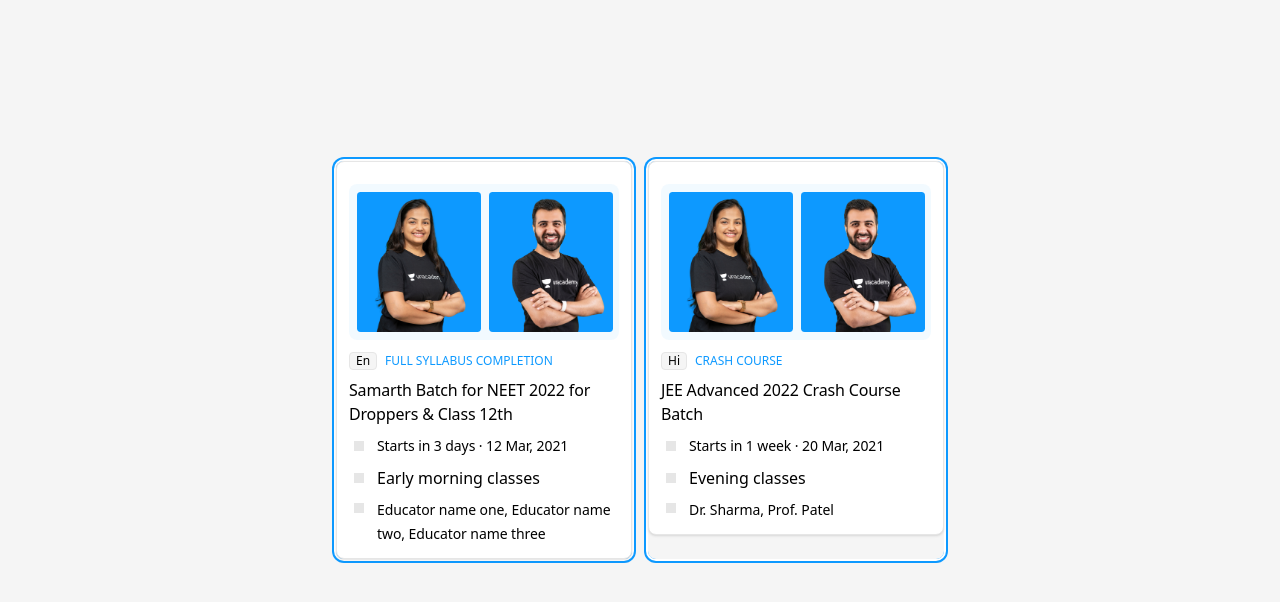
Repository: vignesh33654/resizablesidebar
Page: /
The author's editor kept a copy of each file at every save. The page is drawn from the files as they stood at one save, then again after the next save.
The browser window is 1280 px wide. The pictures show the whole page.
The project was rebuilt for these pictures with package versions that can differ from the ones it lists, and the page was loaded fresh each time.

Above is the page before, as saved 2025-11-11 13:08:44.

After the next save:
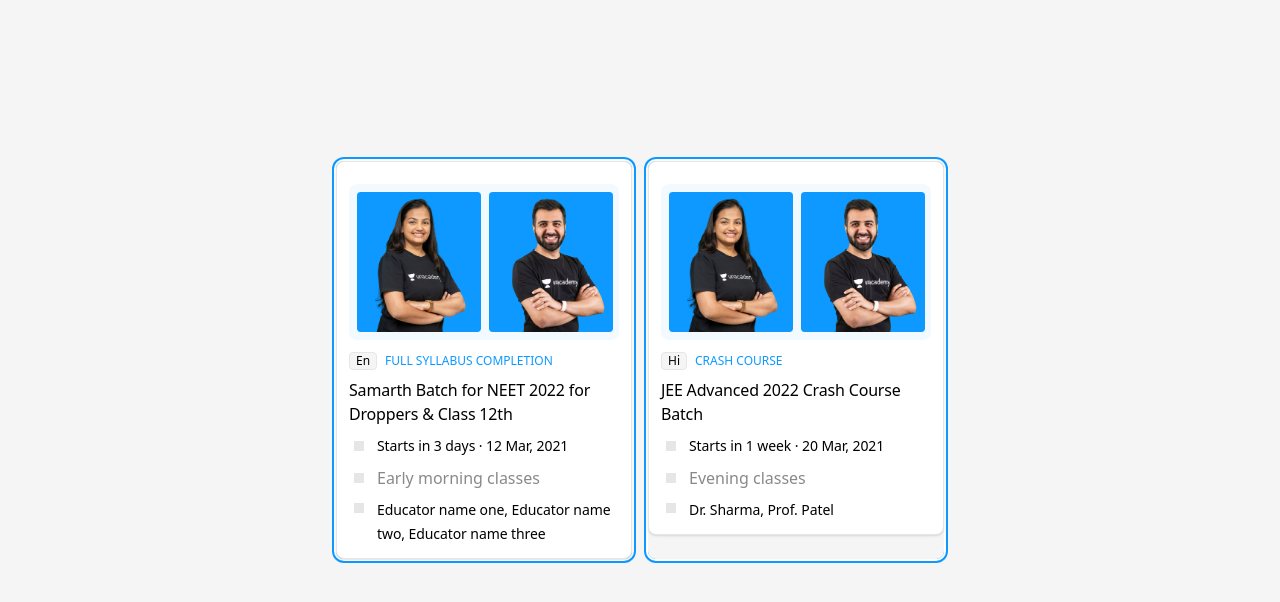
Saved 4 s later.
--- a/src/components/BatchCard.tsx
+++ b/src/components/BatchCard.tsx
@@ -130,7 +130,7 @@
               <div className="image-placeholder w-5 h-5 shrink-0" aria-hidden="true">
                 <img src={placeholderIcon} alt="" className="w-full h-full" />
               </div>
-              <p className="text-secondaryflex-1 min-w-0 m-0">
+              <p className="text-secondary flex-1 min-w-0 m-0">
                 {timing}
               </p>
             </div>
